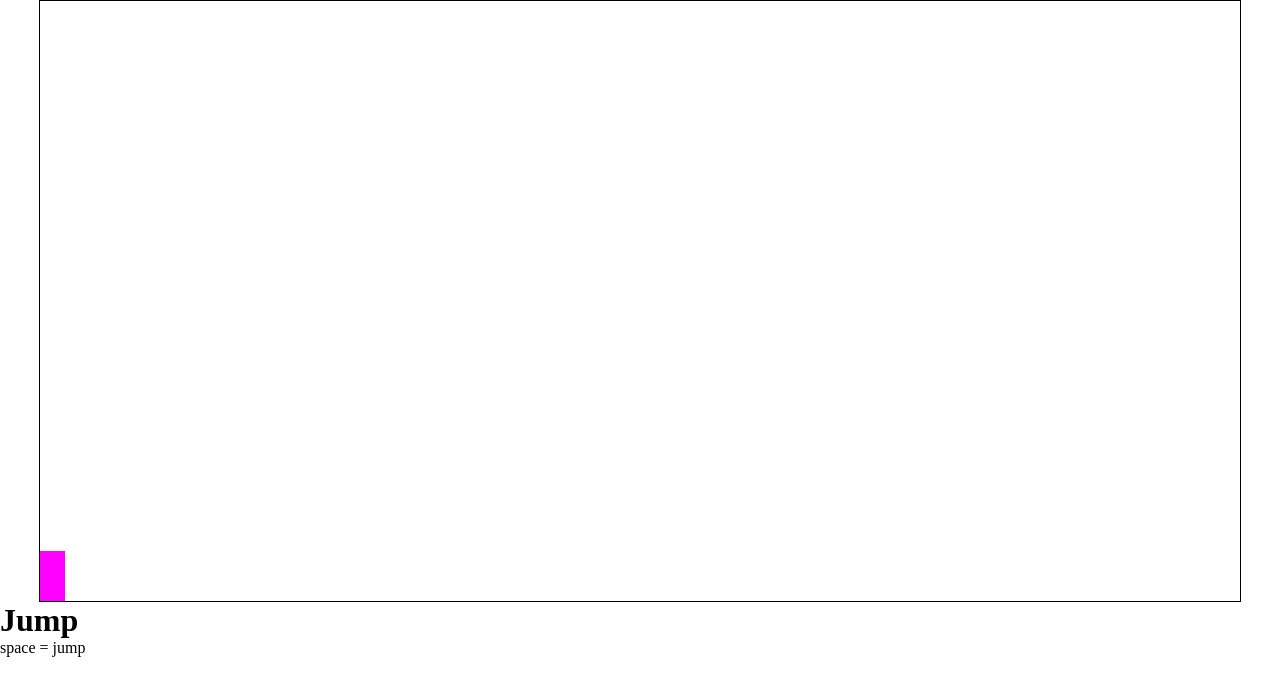
Repository: thecptwaffles/bad-game
Page: index.html
The author's editor kept a copy of each file at every save. The page is drawn from the files as they stood at one save, then again after the next save.
The browser window is 1280 px wide. The pictures show the whole page.

Above is the page before, as saved 2022-02-05 08:30:52.

### index.html
<!DOCTYPE html>
<html lang="en" onkeydown="jump()">

<head>
    <meta charset="UTF-8">
    <meta http-equiv="X-UA-Compatible" content="IE=edge">
    <meta name="viewport" content="width=device-width, initial-scale=1.0">
    <title>Jump</title>
    <link rel="stylesheet" href="style.css">
</head>

<body>
    <div id="center">
        <div id="game">
            <div id="Steve"></div>
            <div id="block"></div>
        </div>
    </div>
    <h1>Jump</h1>
    <p>space = jump</p>
</body>
<script src="./index.js"></script>

</html>

### style.css
* {
    padding: 0;
    margin: 0;
}

#game {
    width: 1200px;
    height: 600px;
    border: 1px solid black;
}

#Steve {
    width: 25px;
    height: 50px;
    background-color: magenta;
    position: relative;
    top: 550px;
}

.animate {
    animation: jump 500ms;
}

@keyframes jump {
    0%{
        top: 550px;
    }

    30% {
        top: 480px;
    }

    70% {
        top: 480px;
    }

    100% {
        top: 550px;
    }
}

#block {
    width: 20px;
    height: 20px;
    background-color: aquamarine;
    position: relative;
    top: 530px;
    left: 480px;
    animation: block 2s infinite linear;
}

@keyframes block {
    0%{
        left: 1200px;
    }

    100%{
        left: -40px;
    }
}

#center {
    display: flex;
    align-items: center;
    justify-content: center;
}

### index.js
var Steve = document.getElementById('Steve');
var block = document.getElementById('block');
var jumpSound = new Audio('jump.wav');
var deathSound = new Audio('death.wav');
var menuSound = new Audio('menu.wav');

function jump(){
    if(Steve.classList !='animate'){
        Steve.classList.add('animate');
    }
    Steve.classList.add('animate');
    setTimeout(function(){
        Steve.classList.remove('animate');
    },500)

    jumpSound.play();
}

var checkDead = setInterval(function(){
    var steveTop = parseInt(window.getComputedStyle(Steve).getPropertyValue('top'));

    var blockLeft = parseInt(window.getComputedStyle(block).getPropertyValue('left'));

    if(blockLeft<20 && blockLeft>0 && steveTop >= 550 ) {
        block.style.animation = 'none';
        block.style.display = 'none';
        deathSound.play()
        if(alert('You Lose :(')){}
else    window.location.reload();
        menuSound.play()
    }
},10)

After the next save:
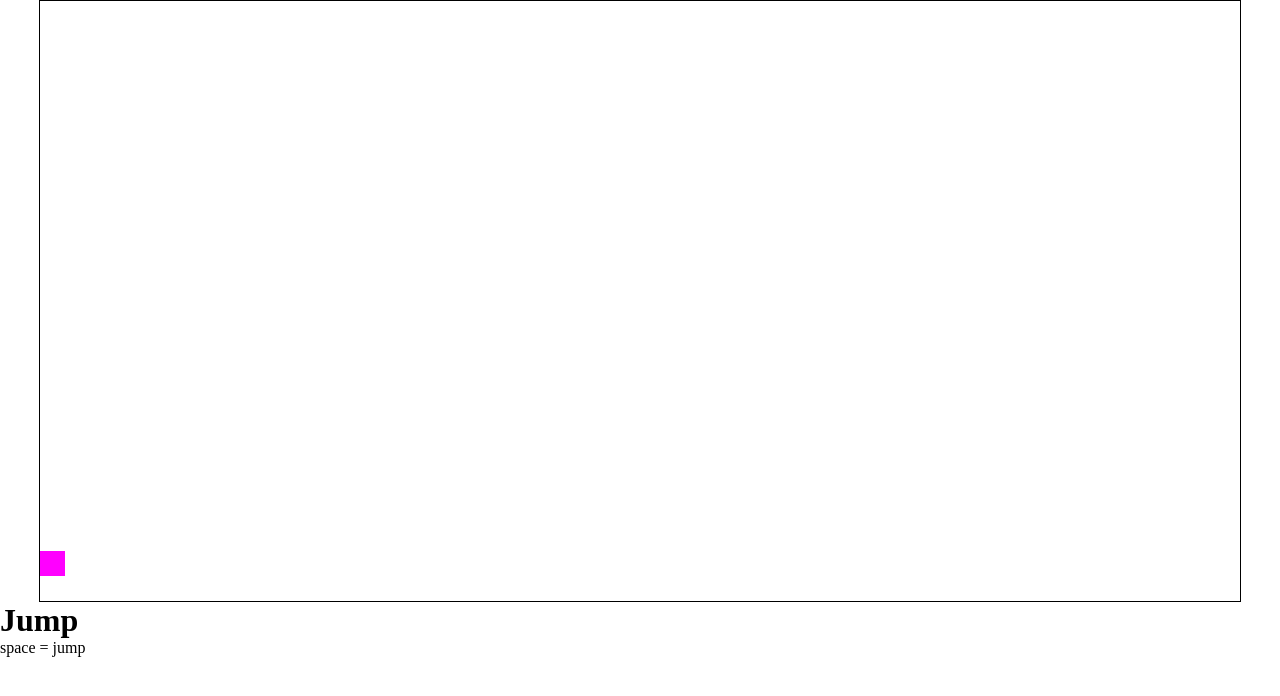
Saved 3 min 31 s later.
--- a/style.css
+++ b/style.css
@@ -11,7 +11,7 @@
 
 #Steve {
     width: 25px;
-    height: 50px;
+    height: 25px;
     background-color: magenta;
     position: relative;
     top: 550px;
